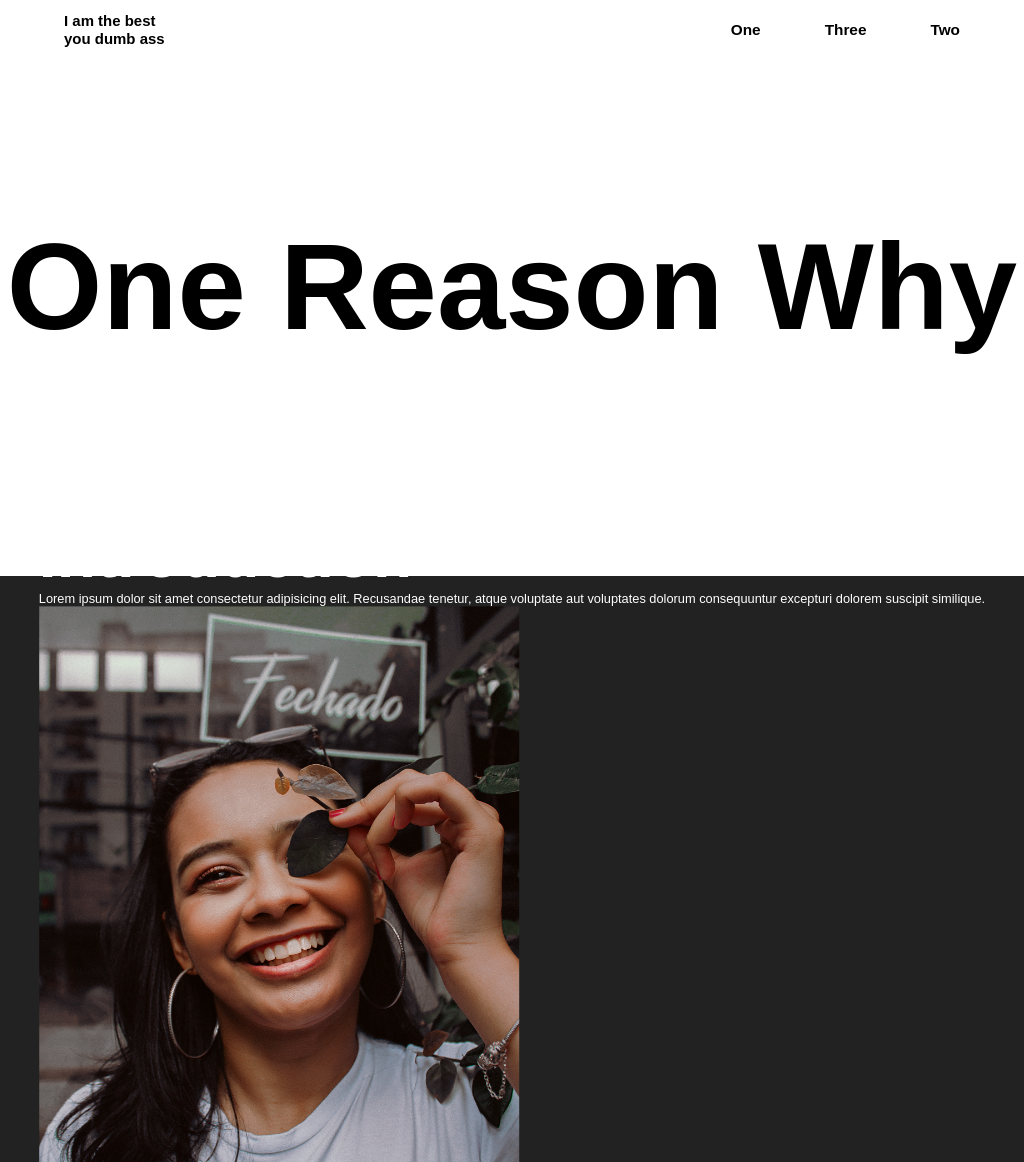
Repository: Imprasna/scrollmagic
Page: index.html
An editor plug-in stored every save of this project. The page is shown before and after the next save, followed by the edit.
The browser window is 1280 px wide. The pictures show the part of the page from y = 0 to 1453 px (the page is 2160 px tall before and 2257 px after), at 80% of full size.
Pictures or frames that could not be fetched are drawn as grey boxes. Some web fonts or font styles are not loaded; a fallback is used. Some web libraries are served in a nearby version.

Above is the page before, as saved 2021-10-26 01:04:34.

### index.html
<!DOCTYPE html>
<html lang="en">
<head>
    <meta charset="UTF-8">
    <meta http-equiv="X-UA-Compatible" content="IE=edge">
    <meta name="viewport" content="width=device-width, initial-scale=1.0">
    <link rel="stylesheet" href="style.css">
    <script src="https://cdnjs.cloudflare.com/ajax/libs/gsap/3.8.0/gsap.min.js" integrity="sha512-eP6ippJojIKXKO8EPLtsUMS+/sAGHGo1UN/38swqZa1ypfcD4I0V/ac5G3VzaHfDaklFmQLEs51lhkkVaqg60Q==" crossorigin="anonymous" referrerpolicy="no-referrer"></script>
    <script src="https://cdnjs.cloudflare.com/ajax/libs/gsap/3.8.0/ScrollTrigger.min.js" integrity="sha512-CPA5LMoJI/a5HkSIAKcBtFXe4gqGjPUL2ExF/3PmhrrHI17wod9xOqqF+0WZQRKIIq0KwF8oG5BaiWobtrke3A==" crossorigin="anonymous" referrerpolicy="no-referrer"></script>
    <title>Gsap Animation</title>
</head>
<body>
    <section class="home">
        <nav>
            <h1 class="sliding-text">I am the best <br>you dumb ass</br></h1>
            <ul>
                <li><a href="#">One</a></li>
                <li><a href="#">Three</a></li>
                <li><a href="#">Two</a></li>
            </ul>
        </nav>
        <h1 class="logo">One Reason Why</h1>
    </section>

    <section class="first-page">
        <div class="intro">
            <h2>Introduction</h2>
            <p>Lorem ipsum dolor sit amet consectetur adipisicing elit. Recusandae tenetur,
                atque voluptate aut voluptates dolorum consequuntur excepturi dolorem suscipit similique.
            </p>
            <img src="./images/1.jpg" alt="">
        </div>
    </section>

    <section class="second-page">
        <div class="intro">
            <h2>About</h2>
            <p>Lorem ipsum dolor sit amet consectetur adipisicing elit. Recusandae tenetur,
                atque voluptate aut voluptates dolorum consequuntur excepturi dolorem suscipit similique.
            </p>
            <img src="./images/2.jpg" alt="">
        </div>
    </section>

</body>
</html>

### style.css
@import url('https://fonts.googleapis.com/css2?family=Zen+Kurenaido&display=swap');


* {
    margin: 0;
    padding: 0;
    box-sizing: border-box;
}

html, body {
    font-family: 'Zen Kurenaido', sans-serif;
}

nav {
    display: flex;
    justify-content: space-between;
    padding: 1rem 5rem;
    background-color: #fff;
}

h2 {
    font-size: 5rem;
}

ul {
    display: flex;
    list-style: none;
    align-items: center;
}

a {
    text-decoration: none;
    font-size: 1.2rem;
    color: #000;
    margin-left: 5rem;
    font-weight: 600;
}

.logo {
    position: absolute;
    left: 50%;
    top: 50%;
    font-size: 1.6rem;
    transform: translate(-50%, -50%) scale(6);
}

.home {
    height: 100vh;
}

.first-page {
    height: 100vh;
    background: #222;
    color: #fff;
    display: flex;
    justify-content: center;
    align-items: center;
}

.first-page img {
    height: 100%;
    width: 600px;
}


.second-page {
    height: 100vh;
    background: #222;
    color: #fff;
    display: flex;
    justify-content: center;
    align-items: center;
}

.second-page img {
    height: 600px;
    width: 600px;
}

After the next save:
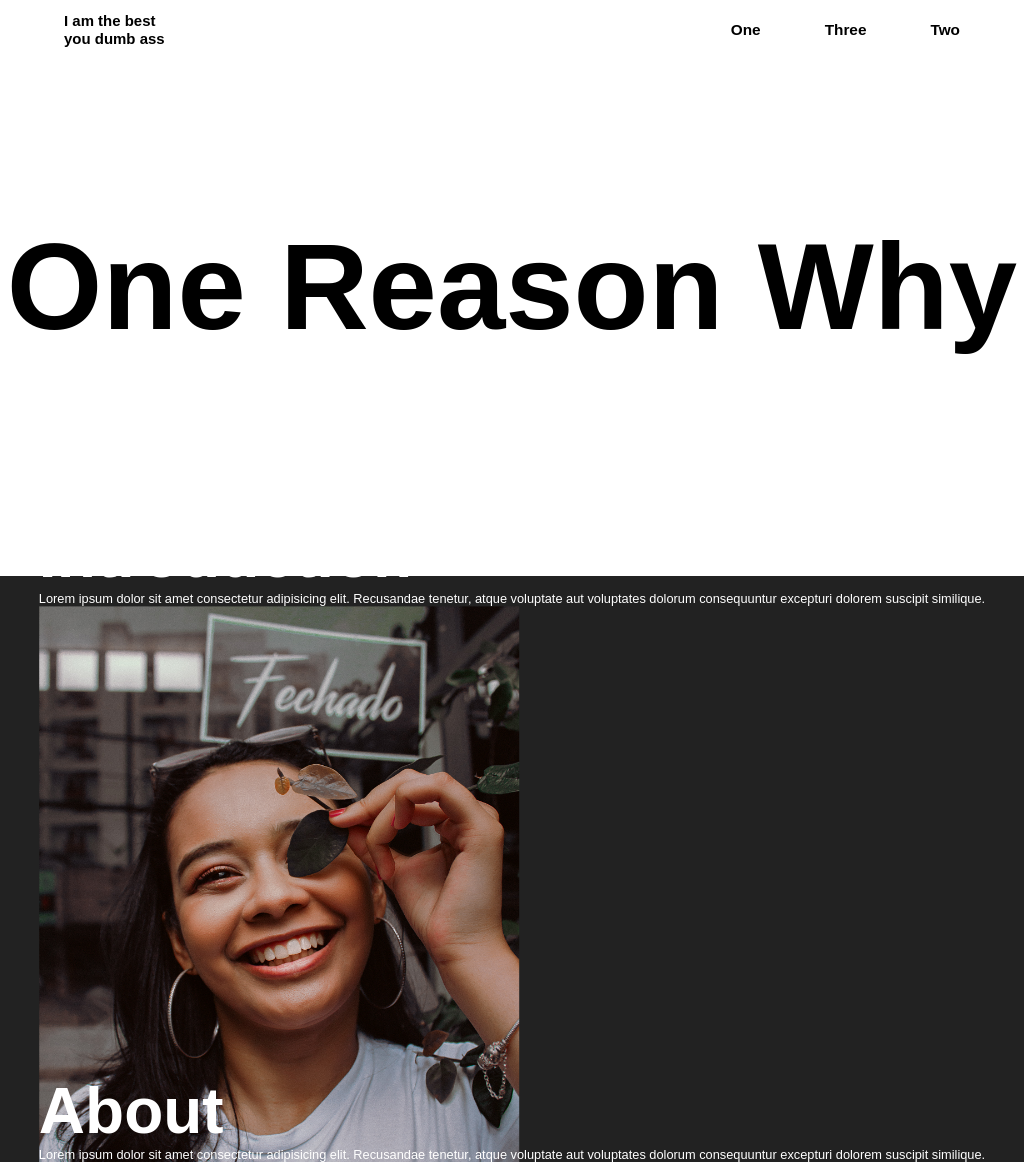
Saved 5 s later.
--- a/style.css
+++ b/style.css
@@ -73,6 +73,6 @@ a {
 }
 
 .second-page img {
-    height: 600px;
+    height: 800px;
     width: 600px;
 }
